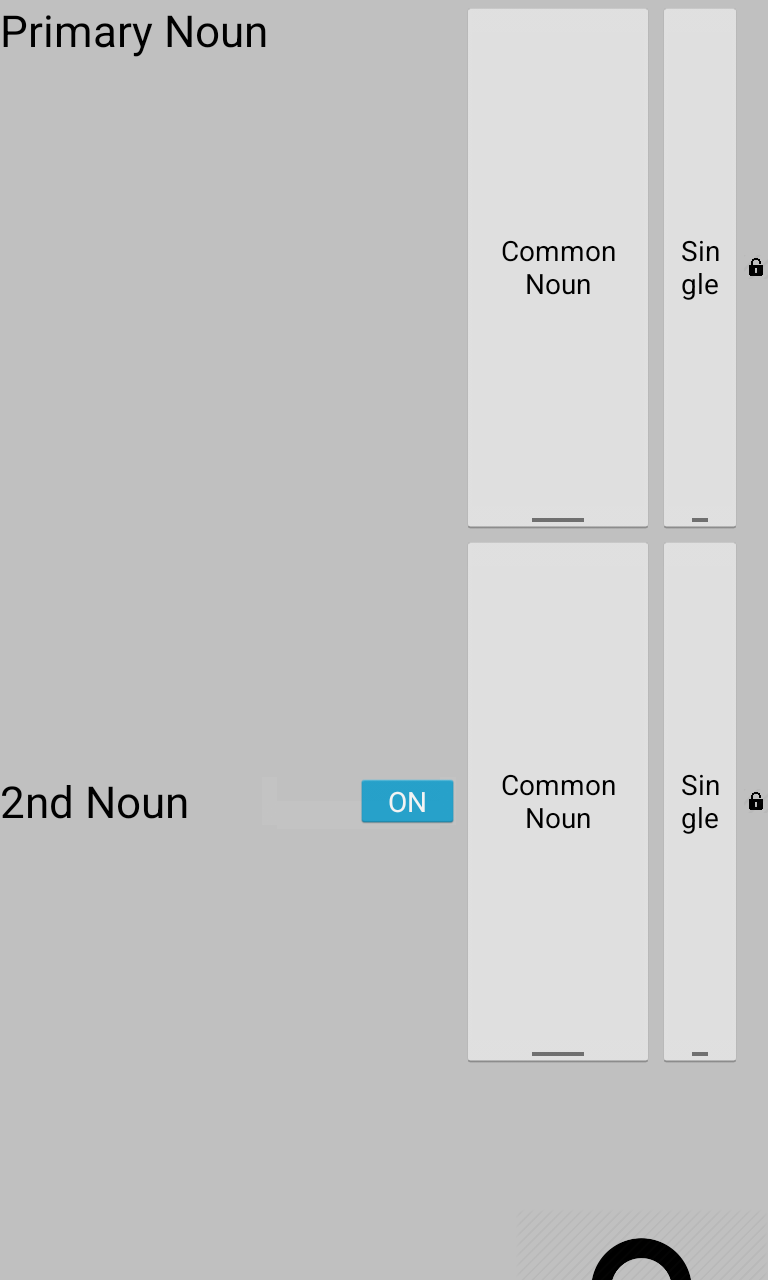
Repository: TheDizzler/TableTopTools
Layout: RPGTools/res/layout/fragment_cause_controls.xml
An editor plug-in stored every save of this project. The layout is shown before and after the next save, followed by the edit.
It is drawn on a 768 x 1280 px phone screen (xhdpi) without system bars, with theme AppTheme; the app's code is not run.

Above is the layout before, as saved 2017-03-22 09:11:12.

### RPGTools/res/layout/fragment_cause_controls.xml
<?xml version="1.0" encoding="utf-8"?>
<TableLayout xmlns:android="http://schemas.android.com/apk/res/android"
    android:layout_width="match_parent"
    android:layout_height="match_parent"
    android:background="#C0C0C0"
    android:measureWithLargestChild="true"
    android:orientation="vertical"
    android:showDividers="beginning"
    android:weightSum="6" >

    <TableRow
        android:id="@+id/tableRow1_cause"
        android:layout_width="match_parent"
        android:layout_height="wrap_content"
        android:layout_weight="1"
        android:weightSum="3" >

        <TextView
            android:id="@+id/textView1"
            android:layout_width="wrap_content"
            android:layout_weight="1"
            android:text="Conjunction"
            android:textAppearance="?android:attr/textAppearanceLarge" />

        <Spinner
            android:id="@+id/spinner_Conjunctions"
            android:layout_width="wrap_content"
            android:layout_height="match_parent"
            android:layout_weight="1" />

        <ImageView
            android:id="@+id/lockBtn_conj"
            android:layout_width="32dp"
            android:layout_height="match_parent"
            android:layout_weight="1"
            android:src="@drawable/unlocked" />
    </TableRow>

    <TableRow
        android:id="@+id/tableRow2"
        android:layout_width="match_parent"
        android:layout_height="wrap_content"
        android:layout_weight="1"
        android:weightSum="2" >

        <Switch
            android:id="@+id/switch_primaryAdjective"
            android:layout_width="wrap_content"
            android:layout_height="match_parent"
            android:layout_weight="1"
            android:checked="true"
            android:text="Adjective"
            android:textAppearance="?android:attr/textAppearanceLarge" />

        <Spinner
            android:id="@+id/spinner1"
            android:layout_width="wrap_content"
            android:layout_height="wrap_content" />

        <ImageView
            android:id="@+id/lockBtn_primaryAdj"
            android:layout_width="32dp"
            android:layout_height="match_parent"
            android:layout_weight="1"
            android:src="@drawable/unlocked" />
    </TableRow>

    <TableRow
        android:id="@+id/tableRow3"
        android:layout_width="match_parent"
        android:layout_height="wrap_content"
        android:layout_weight="1"
        android:weightSum="4" >

        <TextView
            android:id="@+id/textView3"
            android:layout_width="wrap_content"
            android:layout_height="match_parent"
            android:layout_weight="1"
            android:text="Primary Noun"
            android:textAppearance="?android:attr/textAppearanceLarge" />

        <ToggleButton
            android:id="@+id/toggleBtn_primaryNounProper"
            android:layout_width="wrap_content"
            android:layout_height="match_parent"
            android:layout_weight="1"
            android:textOff="Common Noun"
            android:textOn="Proper Noun" />

        <ToggleButton
            android:id="@+id/toggleBtn_primaryNounPlural"
            android:layout_width="wrap_content"
            android:layout_height="match_parent"
            android:layout_weight="1"
            android:textOff="Single"
            android:textOn="Plural" />

        <ImageView
            android:id="@+id/lockBtn_primaryNoun"
            android:layout_width="32dp"
            android:layout_height="match_parent"
            android:layout_weight="1"
            android:src="@drawable/unlocked" />
    </TableRow>

    <TableRow
        android:id="@+id/tableRow4"
        android:layout_width="match_parent"
        android:layout_height="wrap_content"
        android:layout_weight="1"
        android:weightSum="4" >

        <Switch
            android:id="@+id/switch_secondaryNoun"
            android:layout_width="wrap_content"
            android:layout_height="match_parent"
            android:layout_weight="1"
            android:checked="true"
            android:text="2nd Noun"
            android:textAppearance="?android:attr/textAppearanceLarge" />

        <ToggleButton
            android:id="@+id/toggleBtn_secondaryNounProper"
            android:layout_width="wrap_content"
            android:layout_height="match_parent"
            android:layout_weight="1"
            android:textOff="Common Noun"
            android:textOn="Proper Noun" />

        <ToggleButton
            android:id="@+id/toggleBtn_secondaryNounPlural"
            android:layout_width="wrap_content"
            android:layout_height="match_parent"
            android:layout_weight="1"
            android:textOff="Single"
            android:textOn="Plural" />

        <ImageView
            android:id="@+id/lockBtn_secondaryNoun"
            android:layout_width="32dp"
            android:layout_height="match_parent"
            android:layout_weight="1"
            android:src="@drawable/unlocked" />
    </TableRow>

    <TableRow
        android:id="@+id/tableRow5"
        android:layout_width="match_parent"
        android:layout_height="wrap_content"
        android:layout_weight="1"
        android:weightSum="2" >

        <Switch
            android:id="@+id/switch_secondaryAdjective"
            android:layout_width="wrap_content"
            android:layout_height="match_parent"
            android:layout_weight="1"
            android:checked="true"
            android:text="2nd Adjective"
            android:textAppearance="?android:attr/textAppearanceLarge" />

        <ImageView
            android:id="@+id/lockBtn_secondaryAdjective"
            android:layout_width="32dp"
            android:layout_height="match_parent"
            android:layout_weight="1"
            android:src="@drawable/unlocked" />
    </TableRow>

    <TableRow
        android:id="@+id/tableRow6"
        android:layout_width="match_parent"
        android:layout_height="wrap_content"
        android:layout_weight="1"
        android:weightSum="2" >

        <TextView
            android:id="@+id/textView_causeVerb"
            android:layout_width="wrap_content"
            android:layout_height="match_parent"
            android:text="Verb"
            android:textAppearance="?android:attr/textAppearanceLarge" />

        <ImageView
            android:id="@+id/lockBtn_causeVerb"
            android:layout_width="32dp"
            android:layout_height="match_parent"
            android:layout_weight="1"
            android:src="@drawable/unlocked" />
    </TableRow>

</TableLayout>

Loaded but not shown: RPGTools/res/values/styles.xml (common file); RPGTools/res/values-v11/styles.xml (common file); RPGTools/res/values-v14/styles.xml (common file)

After the next save:
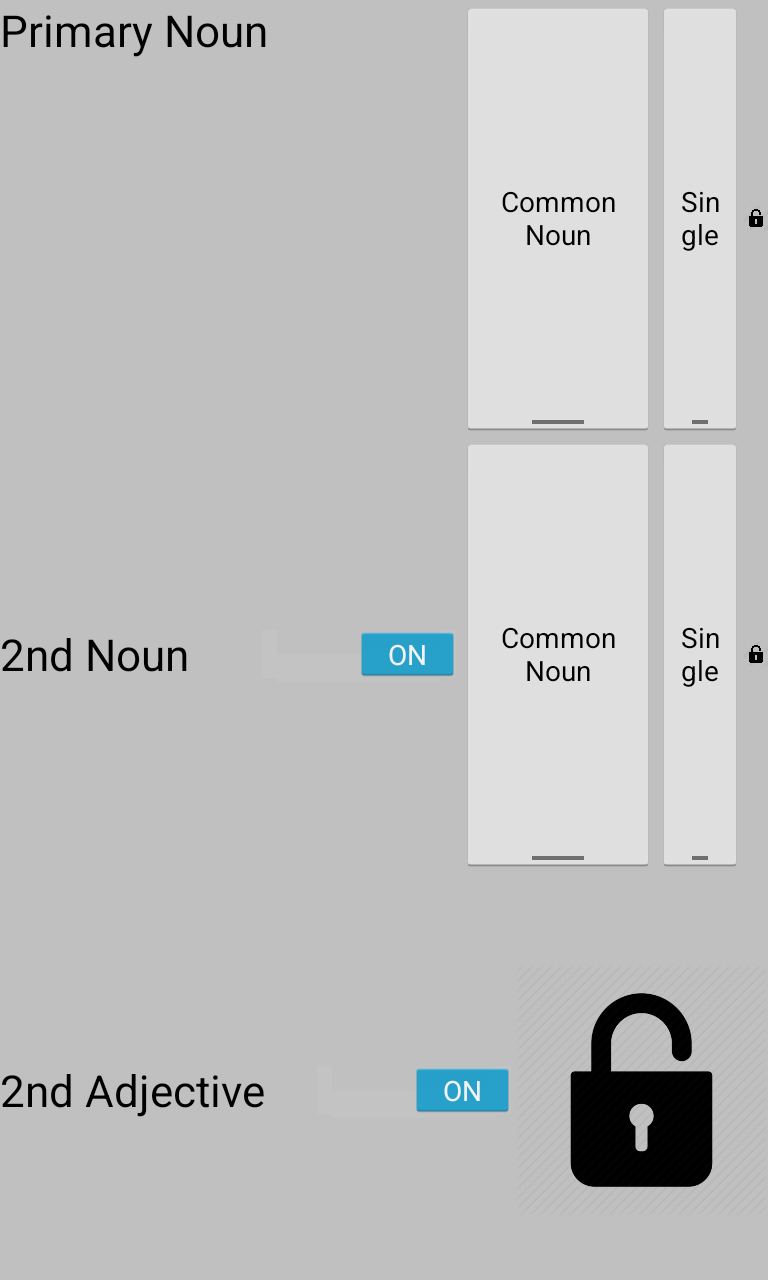
Saved 4 s later.
--- a/RPGTools/res/layout/fragment_cause_controls.xml
+++ b/RPGTools/res/layout/fragment_cause_controls.xml
@@ -6,7 +6,7 @@
     android:measureWithLargestChild="true"
     android:orientation="vertical"
     android:showDividers="beginning"
-    android:weightSum="6" >
+    android:weightSum="5" >
 
     <TableRow
         android:id="@+id/tableRow1_cause"

After the save that followed:
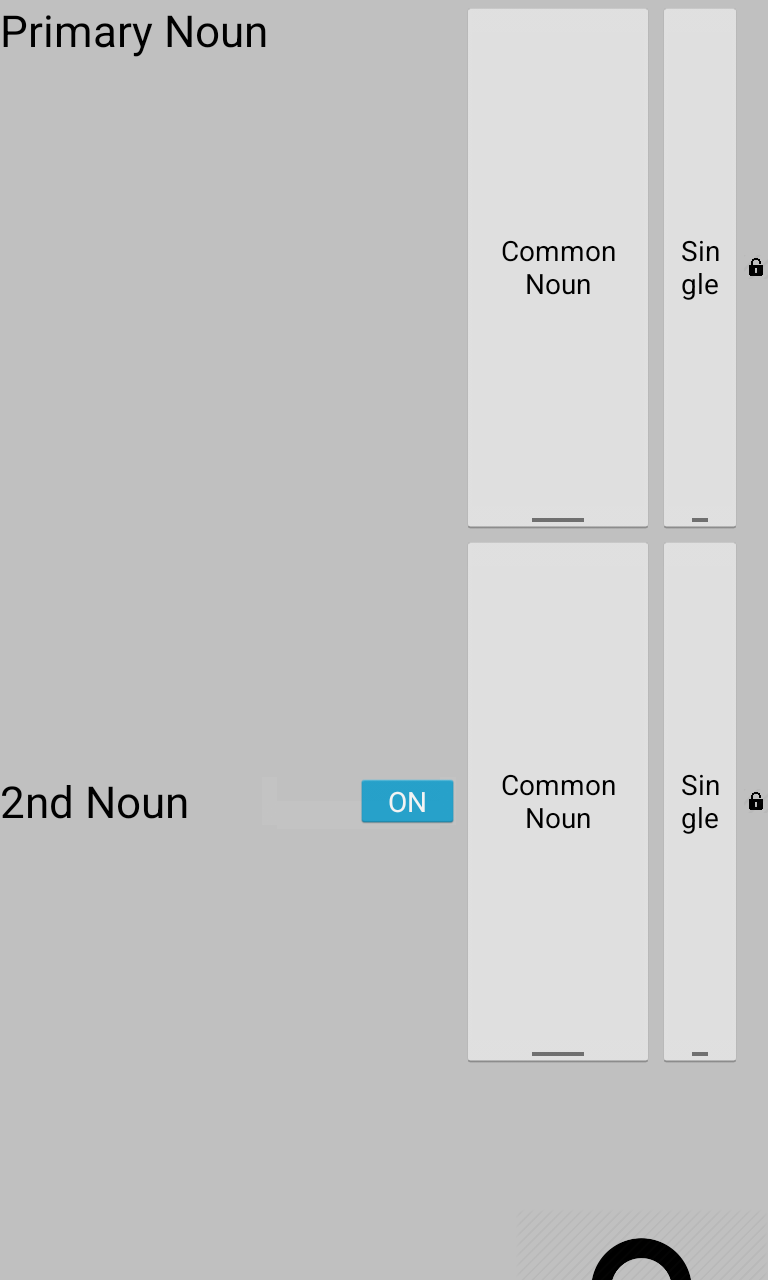
Saved 26 s later.
--- a/RPGTools/res/layout/fragment_cause_controls.xml
+++ b/RPGTools/res/layout/fragment_cause_controls.xml
@@ -6,7 +6,7 @@
     android:measureWithLargestChild="true"
     android:orientation="vertical"
     android:showDividers="beginning"
-    android:weightSum="5" >
+    android:weightSum="6" >
 
     <TableRow
         android:id="@+id/tableRow1_cause"
